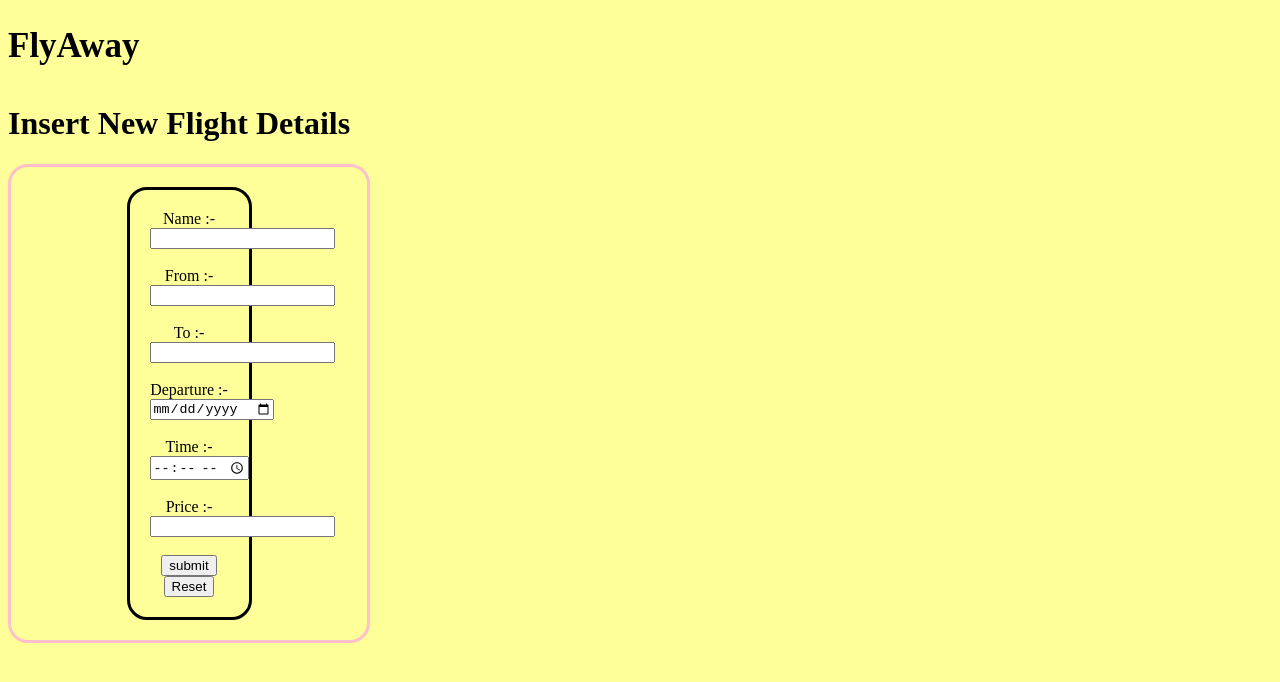
Repository: badrilogaram/Phase-two-project
Page: http://localhost/FlyAway-master/AdminHome.jsp
An editor plug-in stored every save of this project. The page is shown before and after the next save, followed by the edit.
The browser window is 1280 px wide. The pictures show the whole page.
The page is served by Tomcat 9.

Above is the page before, as saved 2021-05-27 22:40:37.

After the next save:
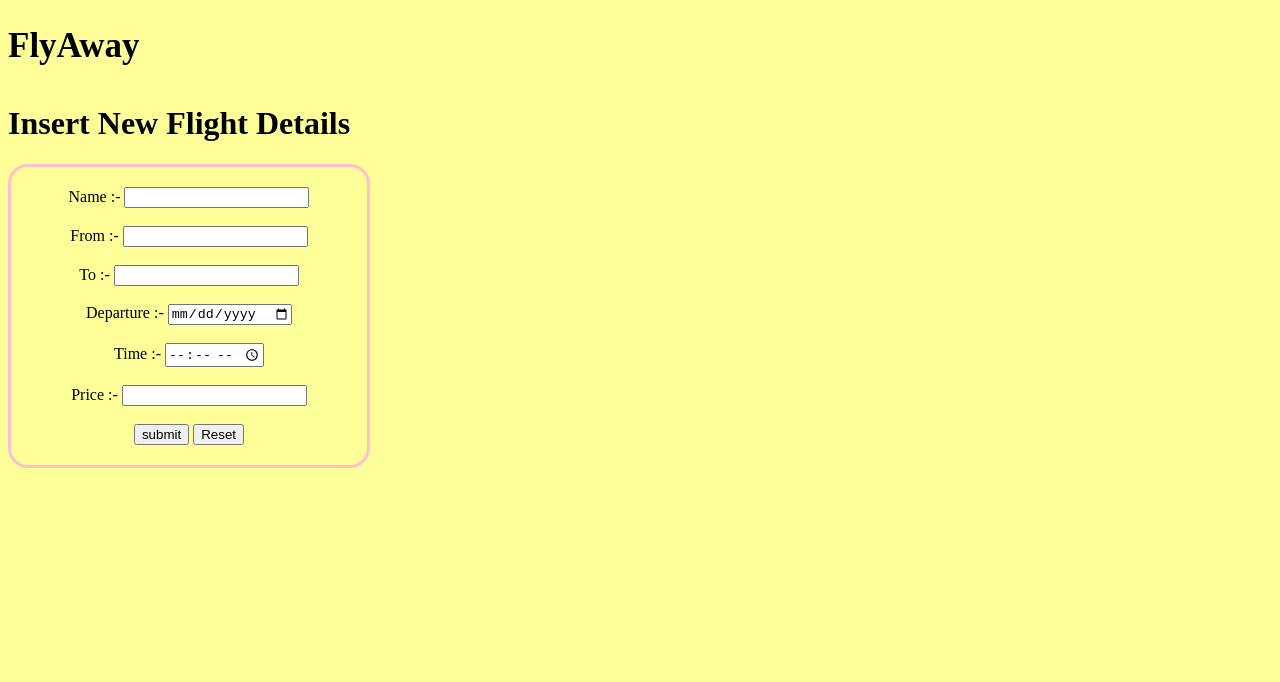
Saved 5 s later.
--- a/FlyAway-master/src/main/webapp/AdminHome.jsp
+++ b/FlyAway-master/src/main/webapp/AdminHome.jsp
@@ -14,7 +14,6 @@
 <h1>Insert New Flight Details</h1>
 
 <div style="border:3px solid pink;width:25%;border-radius:20px;padding:20px" align="center">
-<div style="border:3px solid black;width:25%;border-radius:20px;padding:20px" >
 <form action=InsertFlight method=post>
 	<label for=name>Name :-</label> <input type="text" name=name id=name /><br><br>
 	<label for=from>From :-</label> <input type="text" name=from id=from /><br><br>
